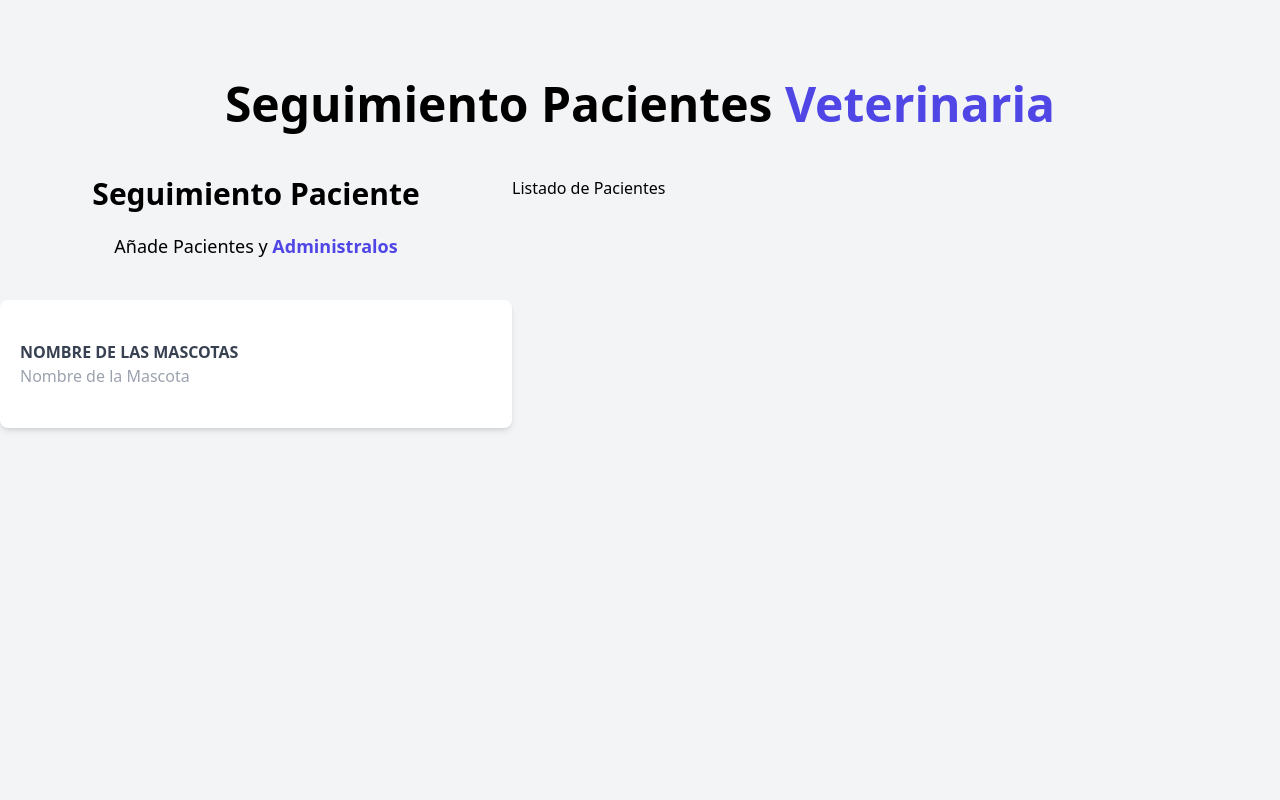
Repository: richardacb/citas_react_vite
Page: /
The author's editor kept a copy of each file at every save. The page is drawn from the files as they stood at one save, then again after a run of saves.
The browser window is 1280 px wide. The pictures show the whole page.
The project was rebuilt for these pictures with package versions that can differ from the ones it lists, and the page was loaded fresh each time. Also part of the build but not shown: vite.config.js.

Above is the page before, as saved 2022-12-17 02:43:28.

After the next 8 saves:
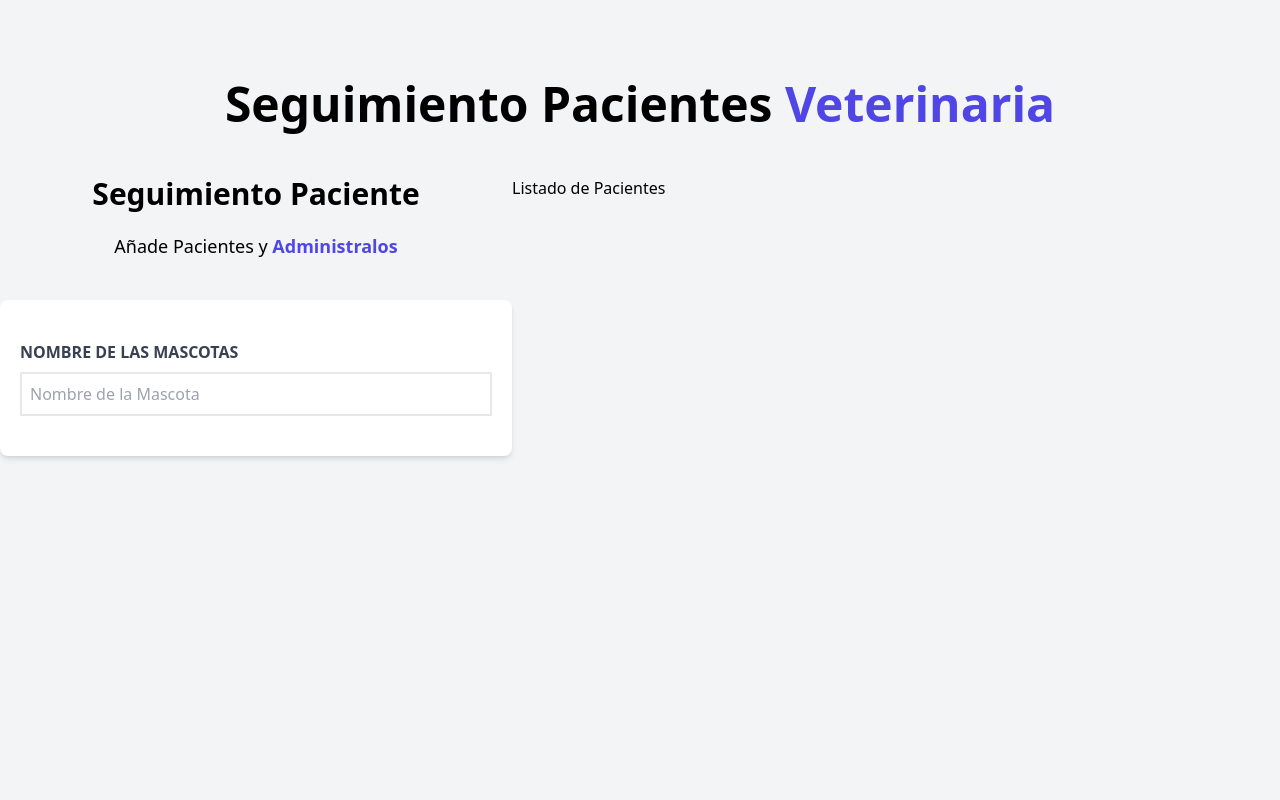
The 8 saves are shown as one change because they came seconds apart.
The last was saved 97 s later.
--- a/src/components/Formulario.jsx
+++ b/src/components/Formulario.jsx
@@ -13,7 +13,7 @@ const Formulario = () => {
                     <input
                         type="text"
                         placeholder="Nombre de la Mascota"
-                        className=""
+                        className="border-2 w-full p-2 mt-2 placeholder:"
                     />
                 </div>
             </form>
